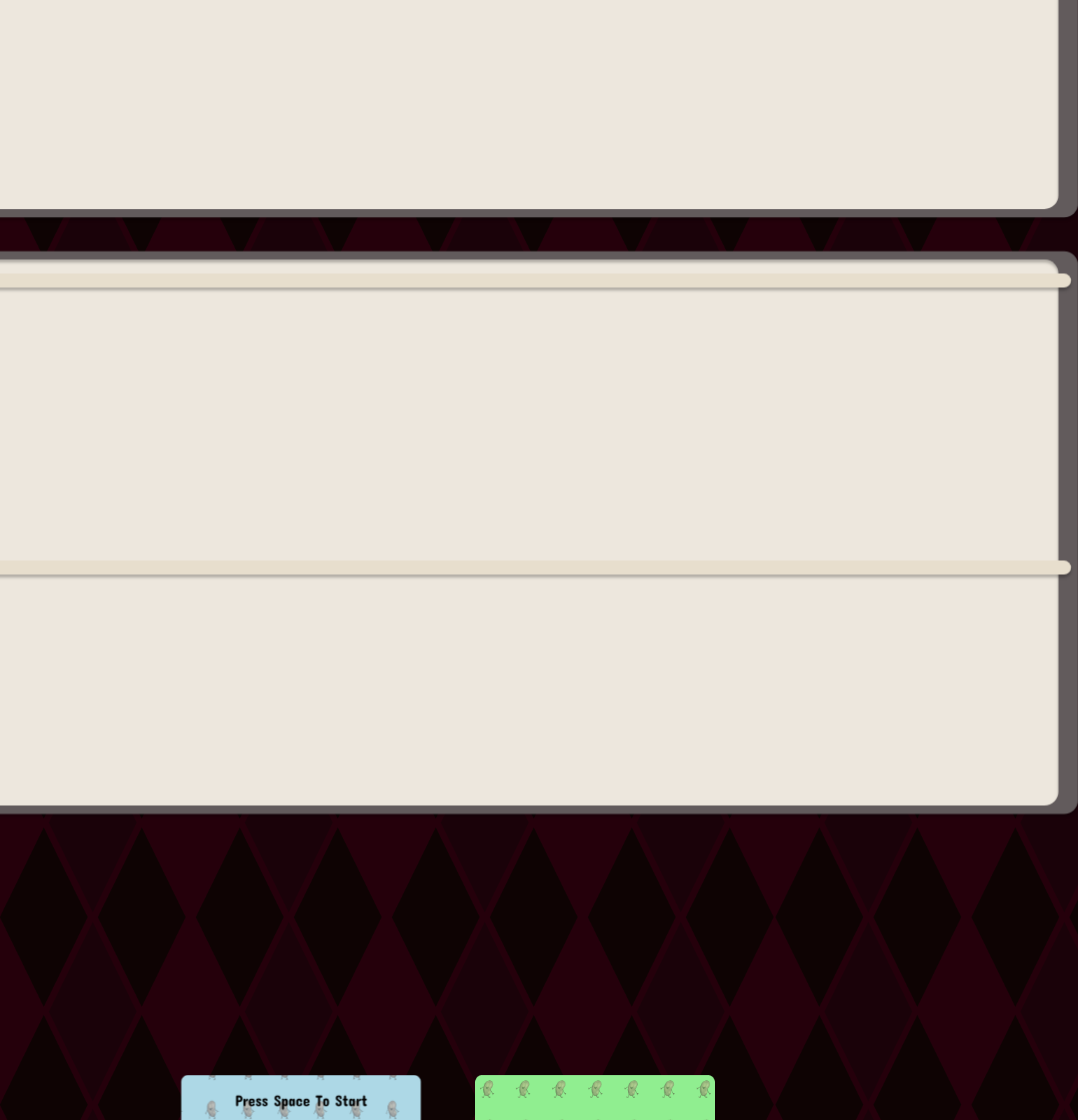
Repository: EMP-ChristinaC/Portfolio
Page: projects/potato-shuffle/potato.html
An editor plug-in stored every save of this project. The page is shown before and after a run of saves, followed by the edit.
The browser window is 1280 px wide. The page is 1540 px wide, so the pictures cover 1540 px, including what lies to the right of the window. The pictures show the part of the page from y = 1489 to 3089 px (the page is 6194 px tall), at 70% of full size.
Some web fonts or font styles are not loaded; a fallback is used.

Above is the page before, as saved 2024-12-08 19:51:44.

### projects/potato-shuffle/potato.html
<!DOCTYPE html>
<html lang="en">

<head>
    <meta charset="UTF-8">
    <meta name="viewport" content="width=device-width, initial-scale=1.0">
    <title>CC- Project Potato Shuffle</title>
    <!--- ////////////////// OUTSIDE STYLES //////////////////-->


    <!--- ///////////////// GOOGLE FONTS  ////////////////////-->
    <link rel="preconnect" href="https://fonts.googleapis.com">
    <link rel="preconnect" href="https://fonts.gstatic.com" crossorigin>
    <link
        href="https://fonts.googleapis.com/css2?family=Overlock:ital,wght@0,400;0,700;0,900;1,400;1,700;1,900&family=Vast+Shadow&display=swap"
        rel="stylesheet">

    <!--- /////////////// MY STYLES ////////////////-->

    <link rel="stylesheet" href="potato.css">
    <link rel="stylesheet" href="../../nav.css">
    <link rel="stylesheet" href="media-style-phone-potato.css">
    <link rel="stylesheet" href="../../media-style-two.css">
    <link rel="stylesheet" href="media-style-mac-potato.css">

    <!--- //////////////// FAVICON LINKS ///////////////////-->
    <link rel="shortcut icon" href="../../image/logo.png" type="image/x-icon">
    <link rel="icon" href="../../image/logo.png" type="image/x-icon">

</head>

<body class="home-potato">

    <!--- /////////////////////// NAVIGATION /////////////////////-->
    <header class="navigation">
        <img class="nav-background" src="../../image/nav-background.png"
            alt="A decor for the nav, it holds a logo with diamond patterns in the background.">


        <a href="../../index.html " class="nav-home">Stage</a>
        <a href="../../about-page/about.html" class="nav-about">Director</a>
        <a href="../../contact-page/contact.html" class="nav-contact">Contact</a>
        <a href="../../main-project-page/projects.html" class="nav-projects current">Projects</a>
    </header>


    <!--- /////////////////////// ARROW BUTTON /////////////////////-->
    <a href="../../projects/sniffle/sniffle.html"><img src="../../image/left-arrow.png" class="side-button-left" alt="A."></a>


    <a href="../../projects/smash-n-dash/smash.html"><img src="../../image/right-arrow.png" class="side-button-right" alt="A."></a>



    <!--- /////////////////////// BOX OUTLINE ///////////////////////-->
    <div class="box-outline-outside-potato-overview">
        <div class="box-outline-inside-potato-overview"></div>

        <!-- <div class="dia-left-potato">
            <img src="../../image/Dia-bottom-left.png"
                alt="A diamond pattern decor that is placed onto the bottom left of the box outline">
        </div>

        <div class="dia-right-potato">
            <img src="../../image/Dia-top-right.png"
                alt="A diamond pattern decor that is placed onto the bottom left of the box outline">
        </div> -->


    <div class="box-outline-paragraph-potato">
        <div class="details-potato">
            <h2>About:</h2>
            <p>
                A digital coding game inspired by Hot Potato and WarioWare. It takes elements from both games and with
                the help of Makey-Makey, it creates a fun interactive game.
                <!-- <br><br>
                Here are some images of the game. -->
            </p>
        </div>
    </div>


    <div class="box-outline-type-potato">
        <div class="type-potato">
            <p> Project Type:
                <br>
                Interactive Game
                <br><br>
                Date:
                <br>
                December 2023
                <br><br>
                Link:
                <br>
                <a href="https://emp-christinac.github.io/Potato-Shuffle/index.html">Github</a>
                <br><br>
                Role:
                <br>
                Lead Coder
            </p>
        </div>

<!-- <div class="type-two">
    <p>
        Link:
        <br>
        <a href="https://emp-christinac.github.io/Potato-Shuffle/index.html">Github</a>
        <br><br>
        Role:
        <br>
        Lead Coder
    </p>
</div> -->


        <!-- <div class="type-potato-phone">
            <p> Project Type:
                <br>
                Digital Game
                <br><br>
                Date:
                <br>
                December 2023
            </p>
        </div> -->

        <!-- <div class="type-potato-phone-two">
            <p>
                Link:
                <br>
                <a href="https://empxnifl.github.io/Potato-Shuffle/index.html">Github</a>
                <br><br>
                Role:
                <br>
                Lead Coder
            </p>
        </div> -->
    </div>

    <div class="box-outline-credit">
        <div class="credit">
            <p>Credit to:
                <br>
                Roman Lopez [Lead Designer]
                <br>
                Dominic Perron [Lead Interaction]
            </p>
        </div>

        <div class="mc-overview">
            <img src="../../image/Main-Screen.png" alt="A overview of the project Potato Shuffle.">
        </div>

    </div>




    <div class="box-outline-heading-potato">
        <div class="potato-title">
            <h1>Potato Shuffle</h1>
        </div>
    </div>
</div>
    <!--- ////////////////////////-->
    <div class="box-outline-outside-potato-play">
        <div class="box-outline-inside-potato-play"></div>

        <div>
            <div class="play">
                <p>
                </p>
            </div>

    </div>


    <!--- ////////////////////////-->

    <div class="box-outline-outside-potato-progress">
        <div class="box-outline-inside-potato-progress"></div>

        <!-- <div class="dia-left-two-potato">
            <img src="../../image/Dia-bottom-left.png"
                alt="A diamond pattern decor that is placed onto the bottom left of the box outline">
        </div>

        <div class="dia-right-two-potato">
            <img src="../../image/Dia-top-right.png"
                alt="A diamond pattern decor that is placed onto the bottom left of the box outline">
        </div> -->

        <div class="box-outline-heading-two-potato">
            <div class="heading-two">
                <h1>Menu Design</h1>
            </div>
        </div>
        <div class="box-outline-heading-three-potato">
            <div class="heading-three">
                <h1>Sprites</h1>
            </div>
        </div>

        <div class="potato-menu-one">
            <img src="../../image/Home.png" alt="The home screen of the project.">
        </div>


        <div class="potato-menu-two">
            <img src="../../image/Victory.png" alt="The victory screen of the project.">
        </div>

        <!--- ////////////////////////-->

        <div class="potato-sprites">
            <img src="../../image/potato_sway.gif" alt="A potato gif that shows the potato swaying left and right.">
        </div>


        <div class="potato-sprites-two">
            <img src="../../image/Fail.gif" alt="A explosion gif that says boom.">
        </div>

        <div class="potato-sprites-three">
            <img src="../../image/potato_flip.gif" alt="A potato gif that shows the potato fliping.">
        </div>



    </div>


    <!--- ////////////////////////-->

    <div class="box-outline-outside-potato">
        <div class="box-outline-inside-potato"></div>
        <!-- <div class="dia-left-three-potato">
            <img src="../../image/Dia-bottom-left.png"
                alt="A diamond pattern decor that is placed onto the bottom left of the box outline">
        </div>

        <div class="dia-right-three-potato">
            <img src="../../image/Dia-top-right.png"
                alt="A diamond pattern decor that is placed onto the bottom left of the box outline">
        </div> -->


        <div class="box-outline-heading-four-potato">
            <div class="heading-four-potato">
                <h1>Mini-Game Design</h1>
            </div>

            <div class="potato-event-one">
                <img src="../../image/Event-1.png" alt="One of five mini-game from the project. It shows a character running.">
            </div>

            <div class="potato-event-two">
                <img src="../../image/Event-2.png"
                    alt="One of five mini-game from the project. It shows a character shooting at a muffen.">
            </div>


            <div class="potato-event-three">
                <img src="../../image/Event-3.png"
                    alt="One of five mini-game from the project. It shows a potato dropping into a basket.">
            </div>

            <div class="potato-event-four">
                <img src="../../image/Event-4.png"
                    alt="One of five mini-game from the project. It shows a character digging up a potato.">
            </div>


            <div class="potato-event-five">
                <img src="../../image/Event-5.png" alt="One of five mini-game from the project. It shows a potato being peeled.">
            </div>

        </div>

    </div>

    <!--- ////////////////////////-->

    <div class="box-outline-outside-foot">
        <div class="box-outline-inside-foot"></div>

            <footer class="section">
                <p>© 2024 by Christina Chan. Powered and secured by Github</p>

                <div>
                    <a class="github" href="https://github.com/EMP-ChristinaC"> <img src="../../image/Github-icon.png"
                            alt="Github icon image."></a>

                    <a class="twitter" href="https://x.com/EMP_Nifl"> <img src="../../image/Twitter-Icon.png"
                            alt="Twitter icon image."></a>

                    <a class="discord" href="https://discordapp.com/users/456539039286165514"> <img src="../../image/discord-icon.webp"
                            alt="Discord icon image."></a>

                    <a class="linkedin" href="https://www.linkedin.com/in/christina-chan-290a29323/"> <img src="../../image/Linkedin-icon.webp"
                            alt="Linkedin icon image."></a>
                </div>

            </footer>
    </div>
    <!--- /////////////////////// DECOR  ///////////////////////-->


    <!-- <div class="left-curtain">
        <img src="../../image/curtains-left.png" alt="A curtain decor that is placed on the left side of the website.">
    </div>

    <div class="right-curtain">
        <img src="../../image/curtain-right.png" alt="A curtain decor that is placed on the right side of the website.">
    </div> -->

    <!--- /////////////////////// TEXT ///////////////////////-->


    <!--- /////////////////////// IMAGES ///////////////////////-->


    <!--- ////////////////////////-->




    <!--- ////////////////////////-->



</body>

</html>

### projects/potato-shuffle/potato.css

/*///////////////////////////////// Box Outline ////////////////////////////*/
.box-outline-outside-potato-overview,
.box-outline-outside-potato-progress,
.box-outline-outside-potato-play {
    width: 1800px;
    height: 804px;
    background: rgba(98, 91, 92);
    box-shadow: 0px 4px 4px rgba(0, 0, 0, 0.25);
    border-radius: 20px;
}

.box-outline-outside-potato-overview {
    position: absolute;
    top: 50%;
    left: 50%;
    transform: translate(-50%, -27%);
}

.box-outline-outside-potato-play {
    position: absolute;
    top: 50%;
    left: 50%;
    transform: translate(-50%, 79%);
}

.box-outline-outside-potato-progress {
    position: absolute;
    top: 50%;
    left: 50%;
    transform: translate(-50%, 56%);
}

/*//////////////////////////////////*/


.box-outline-outside-potato {
    width: 1800px;
    height: 990px;
    background: rgba(98, 91, 92);
    box-shadow: 0px 4px 4px rgba(0, 0, 0, 0.25);
    border-radius: 20px;
}

.box-outline-outside-potato {
    position: absolute;
    top: 50%;
    left: 50%;
    transform: translate(-50%, 2340px);
}



/*//////////////////////////////////////////////////////////////////////////////*/

.box-outline-inside-potato-overview,
.box-outline-inside-potato-progress,
.box-outline-inside-potato-play {
    width: 1745px;
    height: 780px;
    background: #EDE7DD;
    box-shadow: 0px 4px 4px rgba(0, 0, 0, 0.25) inset;
    border-radius: 20px;
}

.box-outline-inside-potato-play {
    position: absolute;
    top: 1.5%;
    left: 1.5%;
}

.box-outline-inside-potato-overview {
    position: absolute;
    top: 1.5%;
    left: 1.5%;
    /* transform: translate(-50%, -26.3%); */
}


.box-outline-inside-potato-progress {
    position: absolute;
    top: 1.5%;
    left: 1.5%;
    /* transform: translate(-50%, 84%); */
}


.box-outline-inside-potato {
    width: 1745px;
    height: 960px;
    background: #EDE7DD;
    box-shadow: 0px 4px 4px rgba(0, 0, 0, 0.25) inset;
    border-radius: 20px;
}

.box-outline-inside-potato {
    position: absolute;
    top: 1.5%;
    left: 1.5%;
    /* transform: translate(-50%, 1506px); */
}



/*///////////////////////////HEADING BOX////////////////////////////*/



.box-outline-heading-potato {
    width: 1700px;
    height: 20px;
    background: #E7DECD;
    box-shadow: 0px 4px 4px rgba(0, 0, 0, 0.25);
    border-radius: 20px;
    z-index: 1;
}

.box-outline-heading-potato {
    position: absolute;
    top: 28%;
    left: 50%;
    transform: translate(-50%, -920%);
}



.box-outline-heading-two-potato,
.box-outline-heading-three-potato,
.box-outline-heading-four-potato {
    width: 1700px;
    height: 20px;
    background: #E7DECD;
    box-shadow: 0px 4px 4px rgba(0, 0, 0, 0.25);
    border-radius: 20px;
    z-index: 1;
    position: absolute;

}

.box-outline-heading-two-potato {
    /* transform: translate(-50%, 1270%); */
    top: 4%;
    left: 5%;
}

.box-outline-heading-three-potato {
    /* transform: translate(-50%, 1900%); */
    top: 55%;
    left: 5%;
}

.box-outline-heading-four-potato {
    /* transform: translate(-50%, 2800%); */

}

.box-outline-heading-five-potato {
    /* transform: translate(-50%, 3450%); */

}

/*/////////////////////////////////////*/

.box-outline-paragraph-potato,
.box-outline-type-potato,
.box-outline-credit {
    /* background: #E7DECD;
    box-shadow: 0px 4px 4px rgba(0, 0, 0, 0.25);
    border-radius: 20px; */
    position: absolute;
    top: 50%;
    left: 30%;
}


.box-outline-paragraph-potato {
    width: 375px;
    height: 330px;
    transform: translate(-116%, -10%);
    z-index: 1;
}


.box-outline-type-potato {
    width: 375px;
    height: 200px;
    transform: translate(-116%, 90%);
    z-index: 1;
}

.box-outline-credit {
    width: 375px;
    height: 60px;
    transform: translate(-30%, 350%);
    z-index: 1;
}



/*/////////////////////////////////////*/

.box-outline-outside-foot {
    width: 100%;
    height: 200px;
    background: rgba(98, 91, 92);
    box-shadow: 0px 4px 4px rgba(0, 0, 0, 0.25);
    border-radius: 20px 20px 0 0;
    position: absolute;
    top: 50%;
    left: 50%;
    transform: translate(-50%, 1690%);
}

/*/////////////////////////////////////*/

.box-outline-inside-foot {
    width: 99%;
    height: 185px;
    position: absolute;
    background: #EDE7DD;
    box-shadow: 0px 4px 4px rgba(0, 0, 0, 0.25) inset;
    border-radius: 20px 20px 0 0;
    position: absolute;
    /* transform: translate(-50%, 1359%); */
    top: 8%;
    left: 0.5%;
}



/*///////////////////////////////// Decor ////////////////////////////*/

.dia-left-potato img {
    position: absolute;
    top: 27%;
    left: 50%;
    transform: translate(-384%, 205%);
}

.dia-right-potato img {
    position: absolute;
    top: 27%;
    right: 50%;
    transform: translate(385%, -107%);
}

/*//////////////////////////////////////////////////////////////////////*/

.dia-left-two-potato img {
    position: absolute;
    top: -80%;
    left: 50%;
    transform: translate(-384%, 656%);
}

.dia-right-two-potato img {
    position: absolute;
    top: -80%;
    right: 50%;
    transform: translate(385%, 344%);
}

/*/////////////////////////////////////*/

.dia-left-three-potato img {
    position: absolute;
    top: -186%;
    left: 50%;
    transform: translate(-384%, 1378%);
}

.dia-right-three-potato img {
    position: absolute;
    top: -186%;
    right: 50%;
    transform: translate(385%, 972%);
}

/*/////////////////////////////////////*/

.left-curtain {
    position: fixed;
    top: 0%;
    left: 11%;
    transform: translate(-100%);
}

.right-curtain {
    position: fixed;
    top: 0%;
    right: 11%;
    transform: translate(100%);
}

/*///////////////////////////////// Heading Text ////////////////////////////*/

.potato-title {
    width: 827px;
    text-align: center;
    color: #FABA84;
    font-size: 25px;
    font-family: Vast Shadow;
    font-weight: 400;
    -webkit-text-stroke: 0.1px #4C0B13;
    z-index: 1;
}

.potato-title {
    position: absolute;
    top: -20%;
    left: -9%;
    /* transform: translate(-50%, -320%); */
}


.heading-two,
.heading-three,
.heading-four-potato {
    width: 827px;
    text-align: center;
    color: #FABA84;
    font-family: Vast Shadow;
    font-weight: 400;
    -webkit-text-stroke: 0.1px #4C0B13;
    z-index: 1;
    position: absolute;
    top: -20%;
    left: -30%;
    font-size: 15px;
}



/*///////////////////////////////// Paragraph Text ////////////////////////////*/

.details-potato p,
.details-potato h2,
.type-potato p,
.type-two p,
.credit p {
    color: #1E1E1E;
    font-family: Overlock;
    font-weight: 900;

}
.details-potato h2 {
    width: 600px;
    font-size: 35px;
    line-height: 32px;
    letter-spacing: 2px;
    position: absolute;
    top: -70%;
    left: 5%;
    z-index: 1;
}

.details-potato p {
    width: 600px;
    font-size: 25px;
    line-height: 32px;
    letter-spacing: 2px;
    position: absolute;
    top: -55%;
    left: 5%;
    z-index: 1;
    /* transform: translate(-90%, -28%); */

}

.type-potato p {
    width: 440px;
    font-size: 25px;
    line-height: 28px;
    letter-spacing: 2px;
    position: absolute;
    top: -100%;
    left: 5%;
    /* transform: translate(-95%, 105%); */
    z-index: 1;

}

.type-two p {
    width: 440px;
    font-size: 25px;
    line-height: 28px;
    letter-spacing: 2px;
    position: absolute;
    top: 0%;
    left: 64%;
    /* transform: translate(-42%, 420%); */
    z-index: 1;
}

.credit p {
    width: 440px;
    font-size: 25px;
    line-height: 32px;
    letter-spacing: 2px;
    position: absolute;
    top: -385%;
    left: 5%;
    /* transform: translate(-42%, 420%); */
    z-index: 1;
}





/*/////////////////////////////////////*/

footer.section {
    text-align: center;
    color: black;
    font-size: 14px;
    font-family: Overlock;
    font-weight: 400;

    width: 500px;
    position: absolute;
    top: 50%;
    left: 50%;
    transform: translate(-53%, 80%);

}

footer.section p {
    width: 100%;
    height: 100%;
    transform: translate(1%, 35%);
}


/*///////////////////////////////// Images ////////////////////////////*/


.mc-overview {
    width: 775px;
    height: 675px;
    position: absolute;
    top: -750%;
    left: 155%;
    overflow: hidden;
    box-shadow: 0px 4px 4px rgba(0, 0, 0, 0.25);
    border-radius: 30px;
    transform: translate(-8%, -11%);
    }



.mc-overview img {
    width: 100%;
    height: 105%;
    object-fit: cover;
    transform: translate(-0%, 0%);

    transition: all 0.3s ease-in-out;
}


.potato {
    width: 258px;
    height: 547px;
    box-shadow: 0px 4px 4px rgba(0, 0, 0, 0.25);
    border-radius: 20px;
    background-position: center;

    position: absolute;
    top: 50%;
    left: 50%;
    transform: translate(70%, 302%);
}

.potato-projects {
    width: 258px;
    height: 547px;
    box-shadow: 0px 4px 4px rgba(0, 0, 0, 0.25);
    border-radius: 20px;
    background-position: center;

    position: absolute;
    top: 50%;
    left: 50%;
    transform: translate(70%, -5%);
}

.potato-menu-one img {
    width: 350px;
    height: 250px;
    position: absolute;
    top: 50%;
    left: 50%;
    transform: translate(-110%, 310%);
}

.potato-menu-two img {
    width: 350px;
    height: 250px;
    position: absolute;
    top: 50%;
    left: 50%;
    transform: translate(10%, 310%);
}


.potato-sprites img {
    width: 300px;
    height: 300px;
    position: absolute;
    top: 50%;
    left: 50%;
    transform: translate(-150%, 370%);
}

.potato-sprites-two img {
    width: 300px;
    height: 300px;
    position: absolute;
    top: 50%;
    left: 50%;
    transform: translate(-50%, 370%);
}

.potato-sprites-three img {
    width: 300px;
    height: 300px;
    position: absolute;
    top: 50%;
    left: 50%;
    transform: translate(50%, 370%);
}

.potato-event-one img {
    width: 409px;
    height: 266px;
    position: absolute;
    top: 50%;
    left: 50%;
    transform: translate(-105%, 610%);
}

.potato-event-two img {
    width: 409px;
    height: 266px;
    position: absolute;
    top: 50%;
    left: 50%;
    transform: translate(4%, 610%);
}

.potato-event-three img {
    width: 409px;
    height: 266px;
    position: absolute;
    top: 50%;
    left: 50%;
    transform: translate(-105%, 715%);
}

.potato-event-four img {
    width: 409px;
    height: 266px;
    position: absolute;
    top: 50%;
    left: 50%;
    transform: translate(4%, 715%);
}

.potato-event-five img {
    width: 409px;
    height: 266px;
    position: absolute;
    top: 50%;
    left: 50%;
    transform: translate(-105%, 820%);
}

/*/////////////////////////////////////*/
.github {
    width: 45px;
    height: 45px;
    position: absolute;
    top: 50%;
    left: 50%;
    overflow: hidden;
    box-shadow: 0px 4px 4px rgba(0, 0, 0, 0.25);
    border-radius: 30px;
    transform: translate(-250%, -180%);
}

.github img {
    width: 100%;
    height: 100%;
    object-fit: cover;
    transition: all 0.3s ease-in-out;
    transform: translate(0%, 0%);
}

.twitter {
    width: 45px;
    height: 45px;
    position: absolute;
    top: 50%;
    left: 50%;
    overflow: hidden;
    box-shadow: 0px 4px 4px rgba(0, 0, 0, 0.25);
    border-radius: 30px;
    transform: translate(-100%, -180%);
}

.twitter img {
    width: 100%;
    height: 100%;
    object-fit: cover;
    transition: all 0.3s ease-in-out;
    transform: translate(-0%, -0%);
}


.discord {
    width: 45px;
    height: 45px;
    position: absolute;
    top: 50%;
    left: 50%;
    overflow: hidden;
    box-shadow: 0px 4px 4px rgba(0, 0, 0, 0.25);
    border-radius: 30px;
    transform: translate(50%, -180%);
}

.discord img {
    width: 100%;
    height: 100%;
    object-fit: cover;
    transition: all 0.3s ease-in-out;
    transform: translate(-0%, -0%);
}


.linkedin {
    width: 45px;
    height: 45px;
    position: absolute;
    top: 50%;
    left: 50%;
    overflow: hidden;
    box-shadow: 0px 4px 4px rgba(0, 0, 0, 0.25);
    border-radius: 30px;
    transform: translate(200%, -180%);
}

.linkedin img {
    width: 100%;
    height: 100%;
    object-fit: cover;
    transition: all 0.3s ease-in-out;
    transform: translate(-0%, -0%);
}

### media-style-two.css
@media screen and (max-width: 1660px) {

    .left-curtain {
        display: none;
    }

    .right-curtain {
        display: none;
    }

}

Loaded but not shown: projects/potato-shuffle/media-style-phone-potato.css (424 lines, source omitted); nav.css (208 lines, source omitted); projects/potato-shuffle/media-style-mac-potato.css (93 lines, source omitted)

After the next 3 saves:
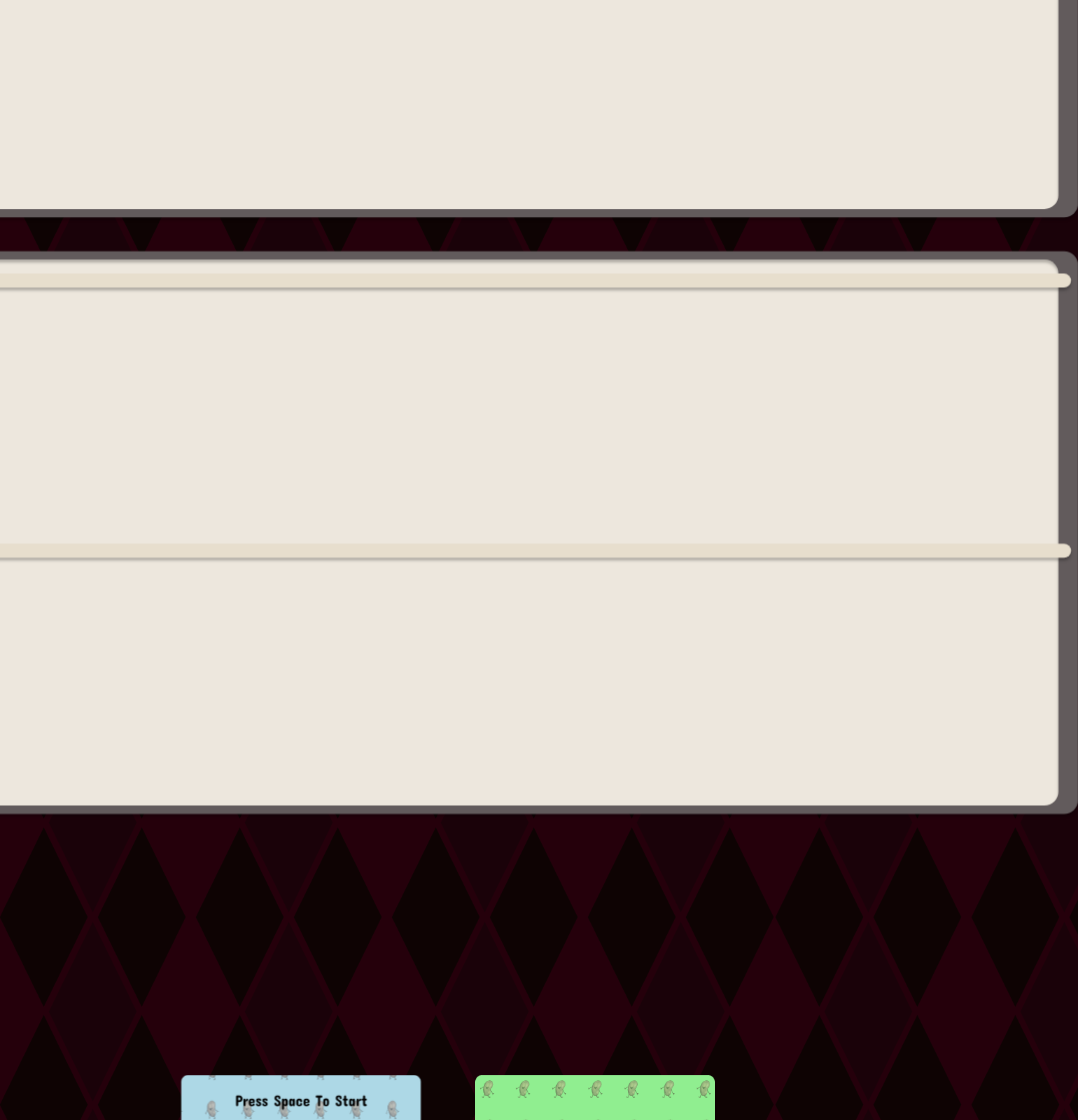
The 3 saves are shown as one change because they came seconds apart.
The last was saved 9 s later.
--- a/projects/potato-shuffle/potato.css
+++ b/projects/potato-shuffle/potato.css
@@ -145,7 +145,7 @@
 
 .box-outline-heading-three-potato {
     /* transform: translate(-50%, 1900%); */
-    top: 55%;
+    top: 52%;
     left: 5%;
 }
 
